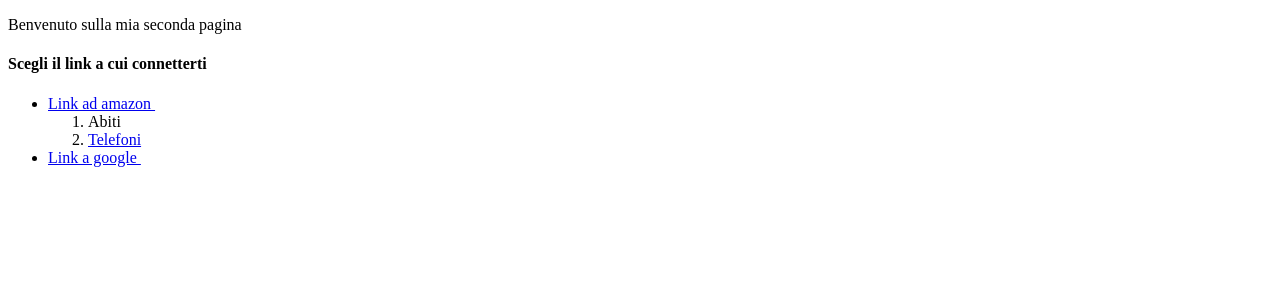
Repository: AndreaGuastaferro/Repository_Andrea_Guastaferro_Front
Page: cartella_html/NUOVO_HTML/Secondo_File.html
The author's editor kept a copy of each file at every save. The page is drawn from the files as they stood at one save, then again after the next save.
The browser window is 1280 px wide. The pictures show the whole page.

Above is the page before, as saved 2018-10-22 09:02:45.

After the next save:
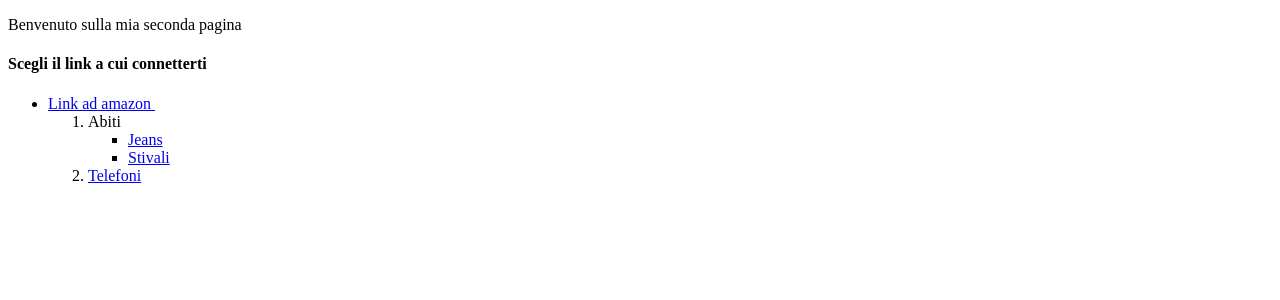
Saved 3 min 41 s later.
--- a/cartella_html/NUOVO_HTML/Secondo_File.html
+++ b/cartella_html/NUOVO_HTML/Secondo_File.html
@@ -12,9 +12,12 @@
 			<li><a href= "https://www.amazon.it"> Link ad amazon <img src=""> </a> </li>
 				<ol>
 					<li><a href= " https://www.amazon.it/b/ref=nav__fashion_man?ie=UTF8&node=5515769031"></a>Abiti</li>
+						<ul>
+							<li> <a href="https://www.amazon.it/s/ref=s9_acss_bw_cg_ITMFMay2_3c1_w?__mk_it_IT=%C5M%C5Z%D5%D1&rh=i%3Aapparel%2Cn%3A2844433031%2Cn%3A%212844438031%2Cn%3A%212844440031%2Cn%3A15437070031%2Cp_76%3A490210031%2Cn%3A2892862031%2Cn%3A2892945031&bbn=15437070031&sort=date-desc-rank&ie=UTF8&pf_rd_m=A2VX19DFO3KCLO&pf_rd_s=merchandised-search-5&pf_rd_r=47Q5SCQ3NC4T83X6EN1V&pf_rd_t=101&pf_rd_p=2b56b692-4bdb-4382-b36f-c06c7c0ce0d7&pf_rd_i=5515769031"></</a>Jeans</li>
+							<li> <a href=" https://www.amazon.it/s/ref=s9_acss_bw_cg_ITMFMay2_3b1_w?__mk_it_IT=%C5M%C5Z%D5%D1&rh=i%3Ashoes%2Cn%3A524006031%2Cn%3A%21696352031%2Cn%3A%21696595031%2Cn%3A15437073031%2Cp_76%3A490210031%2Cn%3A700578031%2Cn%3A700703031%2Cn%3A700751031&bbn=15437073031&sort=date-desc-rank&ie=UTF8&pf_rd_m=A2VX19DFO3KCLO&pf_rd_s=merchandised-search-5&pf_rd_r=47Q5SCQ3NC4T83X6EN1V&pf_rd_t=101&pf_rd_p=2b56b692-4bdb-4382-b36f-c06c7c0ce0d7&pf_rd_i=5515769031">Stivali</a></li>
+						</ul>
 					<li><a href= " https://www.amazon.it/telefonia-mobile/b/ref=sd_allcat_tele?ie=UTF8&node=435507031"></</a>Telefoni</li>
 				</ol>
-			<li><a href="https://www.google.it"> Link a google <img src=""></a> </li>
 
 
 
@@ -22,7 +25,12 @@
 
 
 
-<!--  			<h4>Scegli un link alternativo tra i seguenti</h4>
+
+<!--
+
+	<li><a href="https://www.google.it"> Link a google <img src=""></a> </li>
+
+		<h4>Scegli un link alternativo tra i seguenti</h4>
 
 			<ol>
 				<li> <a href="https://www.fantagazzetta.com"> Link a fantagazzetta </a></li>
